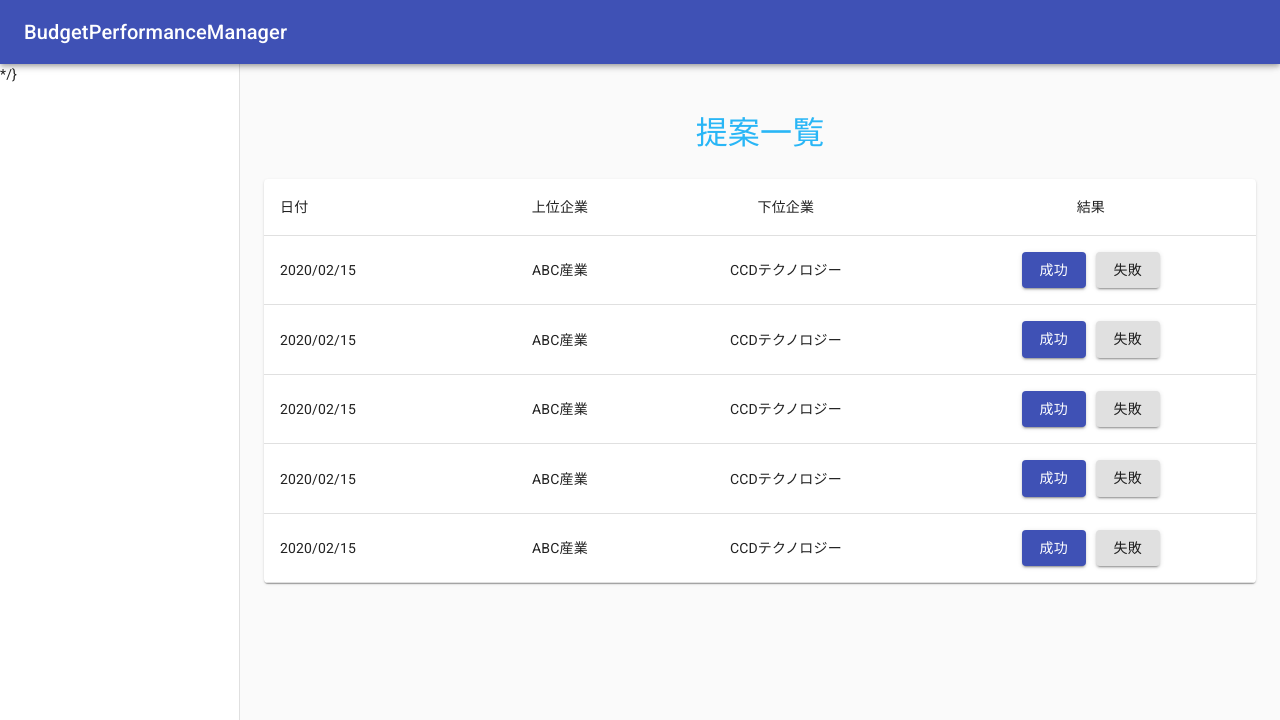
Repository: ukiyah/test
Page: / (app in src/)
These files come from the project's save history. The page is drawn as it stood at one moment and after the next save; the edit follows.
The browser window is 1280 px wide. The pictures show the whole page.
The project was rebuilt for these pictures with package versions that can differ from the ones it lists, and the page was loaded fresh each time. Also part of the build but not shown: src/material-dashboard-react.js, src/Navbars/ref_AdminNavbarLinks/customInputStyle.js, src/Navbars/ref_AdminNavbarLinks/CustomInput.js, src/Navbars/ref_AdminNavbarLinks/buttonStyle.js, src/Navbars/ref_AdminNavbarLinks/Button.js, src/Navbars/ref_AdminNavbarLinks/dropdownStyle.js, src/Navbars/ref_AdminNavbarLinks/headerLinksStyle.js, src/Navbars/AdminNavbarLinks.js and 4 more.

Above is the page before, as saved 2020-02-21 12:02:54.

### src/index.css
body {
  margin: 0;
  font-family: -apple-system, BlinkMacSystemFont, 'Segoe UI', 'Roboto', 'Oxygen',
    'Ubuntu', 'Cantarell', 'Fira Sans', 'Droid Sans', 'Helvetica Neue',
    sans-serif;
  -webkit-font-smoothing: antialiased;
  -moz-osx-font-smoothing: grayscale;
}

code {
  font-family: source-code-pro, Menlo, Monaco, Consolas, 'Courier New',
    monospace;
}

.button {
  color: #000;
}

h1 {
  text-align: center;
  color:#29B6F6;
  font-weight: normal;
}

### src/App.js


// export default App;
import React from 'react';

import 'typeface-roboto';
import Sidebar from './Sidebar/Sidebar';
// import SimpleTable from "./Table";
import ClippedDrawer from "./Drawer";
class App extends React.Component{
  render() {
    return (
      <div>



        <ClippedDrawer />
      </div>

    );
  }

}

export default App;

### src/Drawer.js
import React from 'react';
import { makeStyles } from '@material-ui/core/styles';
import Drawer from '@material-ui/core/Drawer';
import AppBar from '@material-ui/core/AppBar';
import CssBaseline from '@material-ui/core/CssBaseline';
import Toolbar from '@material-ui/core/Toolbar';
import List from '@material-ui/core/List';
import Typography from '@material-ui/core/Typography';
import Divider from '@material-ui/core/Divider';
import ListItem from '@material-ui/core/ListItem';
import ListItemIcon from '@material-ui/core/ListItemIcon';
import ListItemText from '@material-ui/core/ListItemText';
import InboxIcon from '@material-ui/icons/MoveToInbox';
import MailIcon from '@material-ui/icons/Mail';
import SimpleTable from "./Table";
import ContainedButtons from "./Button";
import NestedList from "./NestedList";

const drawerWidth = 240;

const useStyles = makeStyles(theme => ({
  root: {
    display: 'flex',
  },
  appBar: {
    zIndex: theme.zIndex.drawer + 1,
  },
  drawer: {
    width: drawerWidth,
    flexShrink: 0,
  },
  drawerPaper: {
    width: drawerWidth,
  },
  content: {
    flexGrow: 1,
    padding: theme.spacing(3),
  },
  toolbar: theme.mixins.toolbar,
}));

export default function ClippedDrawer() {
  const classes = useStyles();

  return (
    <div className={classes.root}>
      <CssBaseline />
      <AppBar position="fixed" className={classes.appBar}>
        <Toolbar>
          <Typography variant="h6" noWrap>
            BudgetPerformanceManager
          </Typography>
        </Toolbar>
      </AppBar>
      <Drawer
        className={classes.drawer}
        variant="permanent"
        classes={{
          paper: classes.drawerPaper,
        }}
      >
        <div className={classes.toolbar} />
        {/* <List>
          {['堀部宇規也', '設定', 'ログアウト'].map((text, index) => (
            <ListItem button key={text}>
              {/* <ListItemIcon>{index % 2 === 0 ? <InboxIcon /> : <MailIcon />}</ListItemIcon> */}
              {/* <ListItemText primary={text}  />
            </ListItem> */}
          {/* ))} */}
        {/* </List> */}
        {/* <Divider /> */}
        {/* <List> */}
          {/* {['日報入力','面談一覧', '日報一覧', 'その他の一覧'].map((text, index) => ( */}
            {/* <ListItem button key={text}> */}
              {/* <ListItemIcon>{index % 2 === 0 ? <InboxIcon /> : <MailIcon />}</ListItemIcon> */}
              {/* <ListItemText primary={text} /> */}
            {/* </ListItem> */}
          {/* ))} */}
        {/* </List> */} */}
      </Drawer>
      <main className={classes.content}>
        <div className={classes.toolbar} />
        <Typography paragraph>
            <h1>提案一覧</h1>
            <SimpleTable />

        </Typography>
        <Typography paragraph>

        </Typography>
      </main>
    </div>
  );
}

### src/Table.js
import React from 'react';
import { makeStyles } from '@material-ui/core/styles';
import Table from '@material-ui/core/Table';
import TableBody from '@material-ui/core/TableBody';
import TableCell from '@material-ui/core/TableCell';
import TableContainer from '@material-ui/core/TableContainer';
import TableHead from '@material-ui/core/TableHead';
import TableRow from '@material-ui/core/TableRow';
import Paper from '@material-ui/core/Paper';
import ContainedButtons from "./Button";
import Button from '@material-ui/core/Button';


const useStyles = makeStyles({
  table: {
    minWidth: 650,
  },
});

function createData(name, calories, fat) {
  return { name, calories, fat};
}

const rows = [
  createData('2020/02/15', 'ABC産業', 'CCDテクノロジー'),
  createData('2020/02/15', 'ABC産業', 'CCDテクノロジー'),
  createData('2020/02/15', 'ABC産業', 'CCDテクノロジー'),
  createData('2020/02/15', 'ABC産業', 'CCDテクノロジー'),
  createData('2020/02/15', 'ABC産業', 'CCDテクノロジー'),
];

export default function SimpleTable() {
  const classes = useStyles();

  return (
    <TableContainer component={Paper}>
      <Table className={classes.table} aria-label="simple table">
        <TableHead>
          <TableRow>
            <TableCell>日付</TableCell>
            <TableCell align="center">上位企業</TableCell>
            <TableCell align="center">下位企業</TableCell>
            <TableCell align="center">結果</TableCell>
          </TableRow>
        </TableHead>
        <TableBody>
          {rows.map(row => (
            <TableRow key={row.name}>
              <TableCell component="th" scope="row">
                {row.name}
              </TableCell>
              <TableCell align="center">{row.calories}</TableCell>
              <TableCell align="center">{row.fat}</TableCell>

              <TableCell align="center">
                <ContainedButtons name="成功"></ContainedButtons>
                {/* <Button className="button" variant="contained" color="primary" variant="contained" color="primary" disableElevation>成功</Button> */}
                <Button variant="contained" style={{marginLeft: 10}}>失敗</Button>
              </TableCell>
            </TableRow>
          ))}
        </TableBody>
      </Table>
    </TableContainer>
  );
}

### src/Button.js
import React from 'react';
import { makeStyles } from '@material-ui/core/styles';
import Button from '@material-ui/core/Button';

const useStyles = makeStyles(theme => ({
  root: {
    '& > *': {
      marginLeft: 5 ,

    },
  },
}));
//いろんなボタンが用意されてるけど1つのボタンだけ使う。
export default function ContainedButtons(props) {
  const classes = useStyles();

  return (
    // <div className={classes.root}>
    //   {/* <Button variant="contained">Default</Button>
    //   <Button variant="contained" color="primary">
    //     Primary
    //   </Button>
    //   <Button variant="contained" color="secondary">
    //     Secondary
    //   </Button>
    //   <Button variant="contained" disabled>
    //     Disabled
    //   </Button> */}
      <Button variant="contained" color="primary" href="#contained-buttons">
        {props.name}
      </Button>
    // </div>
  );
}

### src/NestedList.js
import React from 'react';
import { makeStyles } from '@material-ui/core/styles';
import ListSubheader from '@material-ui/core/ListSubheader';
import List from '@material-ui/core/List';
import ListItem from '@material-ui/core/ListItem';
import ListItemIcon from '@material-ui/core/ListItemIcon';
import ListItemText from '@material-ui/core/ListItemText';
import Collapse from '@material-ui/core/Collapse';
import InboxIcon from '@material-ui/icons/MoveToInbox';
import DraftsIcon from '@material-ui/icons/Drafts';
import SendIcon from '@material-ui/icons/Send';
import ExpandLess from '@material-ui/icons/ExpandLess';
import ExpandMore from '@material-ui/icons/ExpandMore';
import StarBorder from '@material-ui/icons/StarBorder';

const useStyles = makeStyles(theme => ({
  root: {
    width: '100%',
    maxWidth: 360,
    backgroundColor: theme.palette.background.paper,
  },
  nested: {
    paddingLeft: theme.spacing(4),
  },
}));

export default function NestedList() {
  const classes = useStyles();
  const [open, setOpen] = React.useState(true);

  const handleClick = () => {
    setOpen(!open);
  };

  return (
    <List
      component="nav"
      aria-labelledby="nested-list-subheader"
      subheader={
        <ListSubheader component="div" id="nested-list-subheader">
          Nested List Items
        </ListSubheader>
      }
      className={classes.root}
    >
      <ListItem button>
        <ListItemIcon>
          <SendIcon />
        </ListItemIcon>
        <ListItemText primary="Sent mail" />
      </ListItem>
      <ListItem button>
        <ListItemIcon>
          <DraftsIcon />
        </ListItemIcon>
        <ListItemText primary="Drafts" />
      </ListItem>
      <ListItem button onClick={handleClick}>
        <ListItemIcon>
          <InboxIcon />
        </ListItemIcon>
        <ListItemText primary="Inbox" />
        {open ? <ExpandLess /> : <ExpandMore />}
      </ListItem>
      <Collapse in={open} timeout="auto" unmountOnExit>
        <List component="div" disablePadding>
          <ListItem button className={classes.nested}>
            <ListItemIcon>
              <StarBorder />
            </ListItemIcon>
            <ListItemText primary="Starred" />
          </ListItem>
        </List>
      </Collapse>
    </List>
  );
}

Loaded but not shown: src/index.js (common file); src/serviceWorker.js (common file)

After the next save:
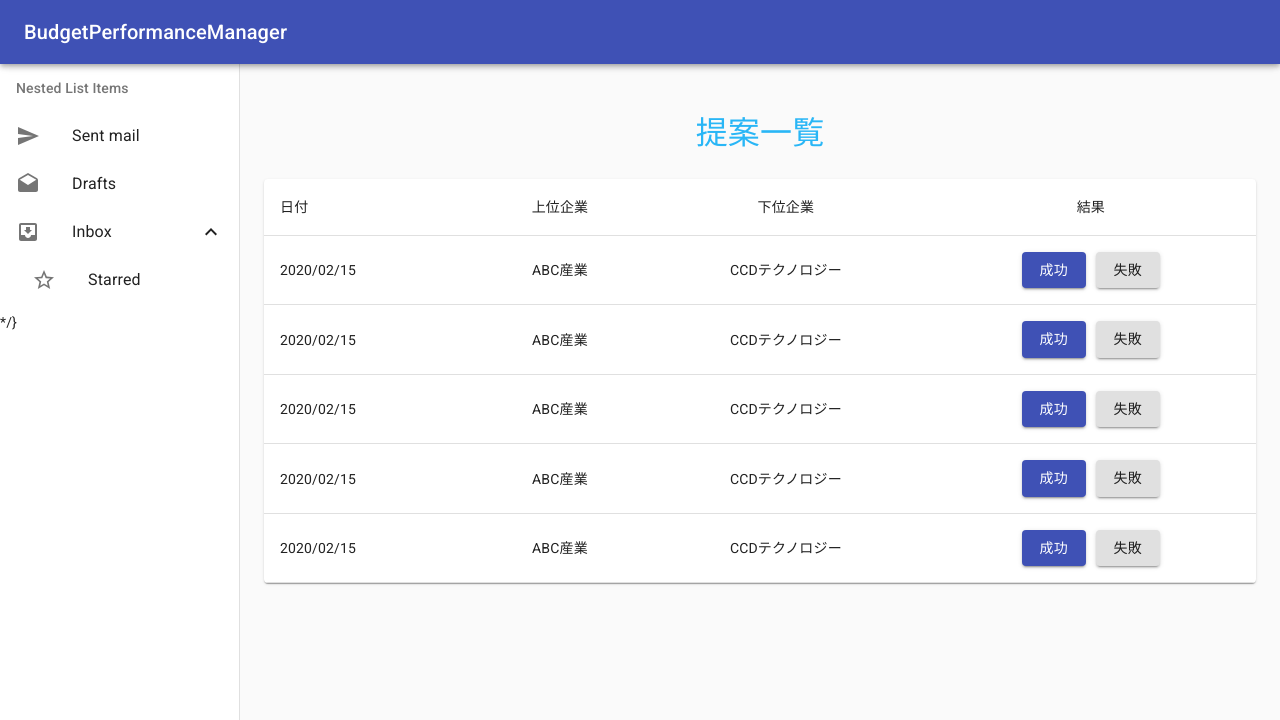
Saved 22 s later.
--- a/src/Drawer.js
+++ b/src/Drawer.js
@@ -60,6 +60,7 @@ export default function ClippedDrawer() {
         }}
       >
         <div className={classes.toolbar} />
+        <NestedList />
         {/* <List>
           {['堀部宇規也', '設定', 'ログアウト'].map((text, index) => (
             <ListItem button key={text}>
